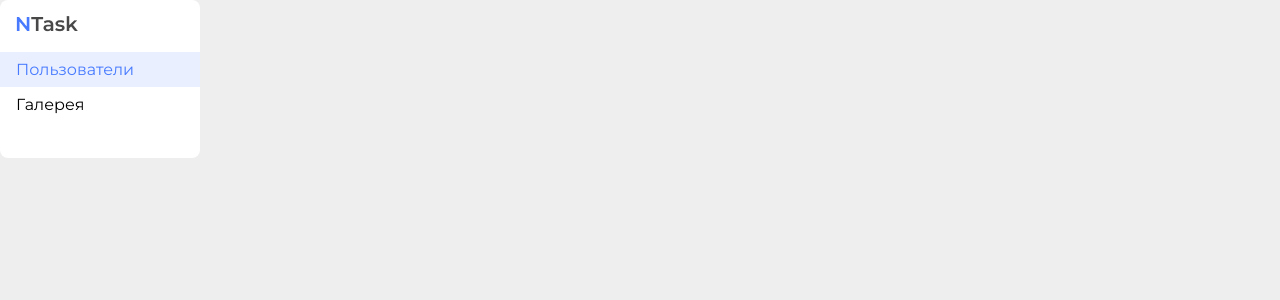
Repository: Grid-Master/NTask
Page: /
An editor plug-in stored every save of this project. The page is shown before and after the next save, followed by the edit.
The browser window is 1280 px wide. The pictures show the whole page.
The project was rebuilt for these pictures with package versions that can differ from the ones it lists, and the page was loaded fresh each time.

Above is the page before, as saved 2023-06-02 15:35:24.

After the next save:
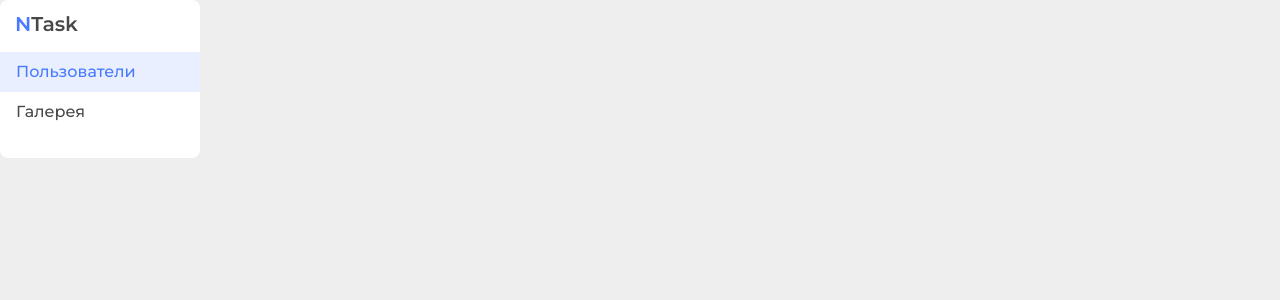
Saved 45 s later.
--- a/src/components/navabar/navbar.sass
+++ b/src/components/navabar/navbar.sass
@@ -9,6 +9,10 @@
     &__item
         padding: 8px 16px
         cursor: pointer
+        font-weight: 500
+        font-size: 16px
+        line-height: 150%
+        color: #484848
     &__active
         background: #E9EFFF
         color: #477AFF
